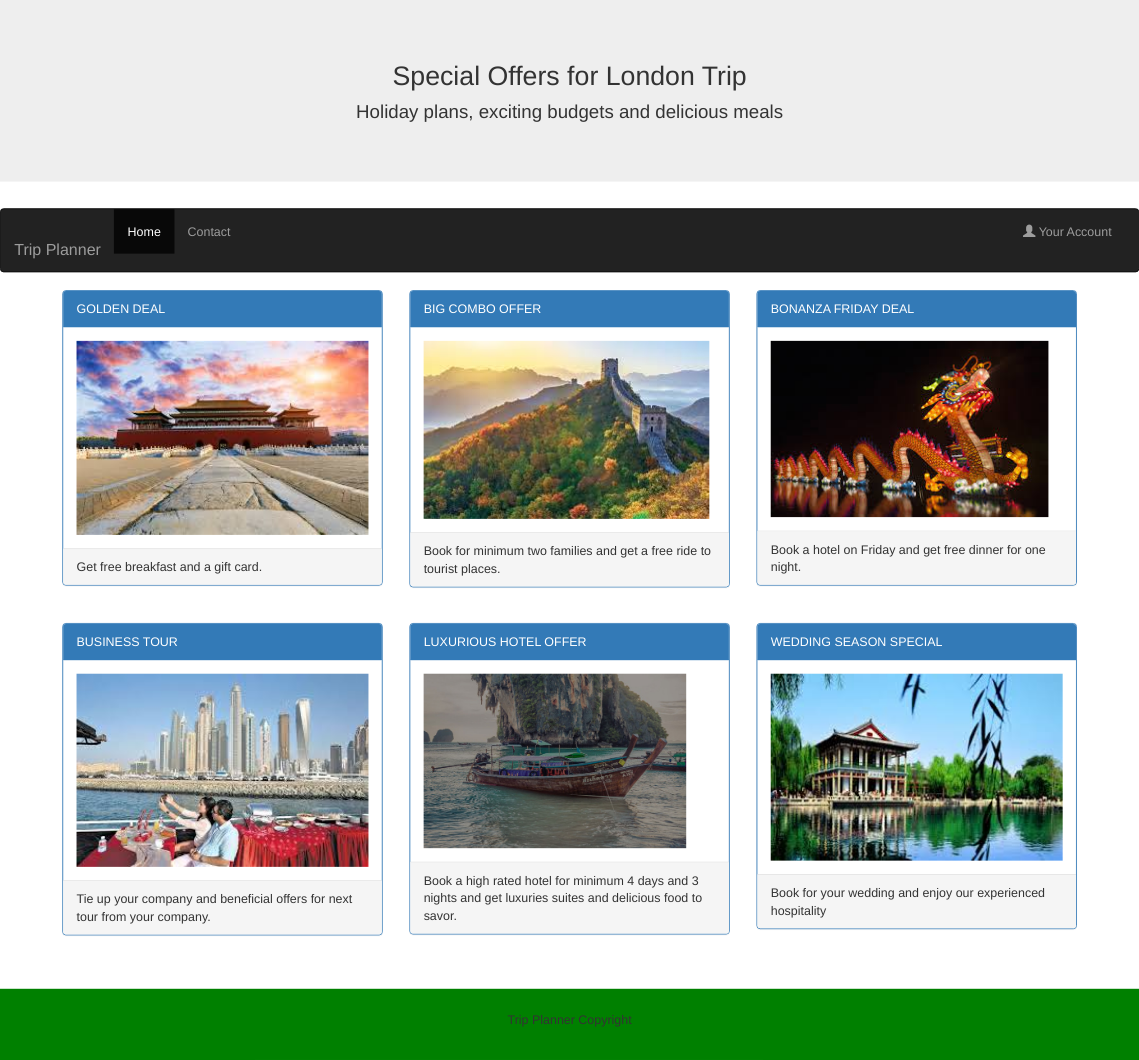
Repository: NanSin21/Mytourism-Website
Page: http://localhost/toursandtravelsmanagement/TripPlaces/CustomerChina.jsp
The author's editor kept a copy of each file at every save. The page is drawn from the files as they stood at one save, then again after the next save.
The browser window is 1280 px wide. The pictures show the whole page, at 89% of full size.
The page is served by Tomcat 9. Other server files are loaded and not shown.

Above is the page before, as saved 2018-07-25 07:10:46.

### toursandtravelsmanagement/WebContent/TripPlaces/CustomerChina.jsp
<%@ page language="java" contentType="text/html; charset=ISO-8859-1"
    pageEncoding="ISO-8859-1"%>
<!DOCTYPE html PUBLIC "-//W3C//DTD HTML 4.01 Transitional//EN" "http://www.w3.org/TR/html4/loose.dtd">
<html>
<head>
<meta http-equiv="Content-Type" content="text/html; charset=ISO-8859-1">
<title>China Trip Package</title>
<!-- <meta charset="utf-8"> -->
  <meta name="viewport" content="width=device-width, initial-scale=1">
  <link rel="stylesheet" href="https://maxcdn.bootstrapcdn.com/bootstrap/3.3.7/css/bootstrap.min.css">
  <script src="https://ajax.googleapis.com/ajax/libs/jquery/3.3.1/jquery.min.js"></script>
  <script src="https://maxcdn.bootstrapcdn.com/bootstrap/3.3.7/js/bootstrap.min.js"></script>
  <style>
  .navbar{
  margin-nottom= 50px;
  border-radius= 0;
  }
  .jumbotron{
   margin-bottom= 0;
   }
   footer{
   background: green;
   padding: 25px;
   }
   </style>
</head>
<body>

<div class="jumbotron">
  <div class="container text-center">
   <h2>Special Offers for London Trip</h2>
     <p>Holiday plans, exciting budgets and delicious meals</p>
  </div>
</div>

<nav class="navbar navbar-inverse">
  <div class="container-fluid">
      <div class="navbar-header">
        <button type="button" class="navbar-toggle" data-toggle="collapse" data-target="#myNavbar">
        <span class="icon-bar"></span>
        <span class="icon-bar"></span>
        <span class="icon-bar"></span>
        </button>
        <h1><a class="navbar-brand" href="CustomerHome.jsp">Trip Planner</a></h1>
      </div>
      <div class="collapse navbar-collapse" id="myNavbar">
      <ul class="nav navbar-nav">
        <li class="active"><a href="TripPlaces/CustomerLondon.jsp">Home</a></li>
       <!--  <li><a href="registration.jsp">Register</a></li>
        <li><a href="login.jsp">Login</a></li> -->
        <li><a href="contact.jsp">Contact</a></li>
      </ul>
      <ul class="nav navbar-nav navbar-right">
        <li><a href="profile.jsp"><span class="glyphicon glyphicon-user"></span> Your Account</a></li>
       <!--  <li><a href="budget.html">Budget Details</a></li> -->
      <!--   <li><a href="#"><span class="glyphicon glyphicon-shopping-cart"></span> Cart</a></li> -->
      </ul>
    </div>
  </div>
</nav>


   <div class="container">
  <div class="row">
    <div class="col-sm-4">
      <div class="panel panel-primary">
        <div class="panel-heading">GOLDEN DEAL</div>
        <div class="panel-body"><img src="images/download.jpeg" class="img-responsive" style="width:100%" alt="Image"></div>
        <div class="panel-footer">Get free breakfast and a gift card.</div>
      </div>
    </div>
    <div class="col-sm-4">
      <div class="panel panel-primary">
        <div class="panel-heading">BIG COMBO OFFER</div>
        <div class="panel-body"><img src="images/download (1).jpeg" class="img-responsive" style="width:98%" alt="Image"></div>
        <div class="panel-footer">Book for minimum two families and get a free ride to tourist places.</div>
      </div>
    </div>
    <div class="col-sm-4">
      <div class="panel panel-primary">
        <div class="panel-heading">BONANZA FRIDAY DEAL</div>
        <div class="panel-body"><img src="images/download (2).jpeg" class="img-responsive" style="width:95%" alt="Image"></div>
        <div class="panel-footer">Book a hotel on Friday and get free dinner for one night.</div>
      </div>
    </div>
  </div>
</div><br>

<div class="container">
  <div class="row">
    <div class="col-sm-4">
      <div class="panel panel-primary">
        <div class="panel-heading">BUSINESS TOUR</div>
        <div class="panel-body"><img src="images/restaurant.jpeg" class="img-responsive" style="width:100%" alt="Image"></div>
        <div class="panel-footer">Tie up your company and beneficial offers for next tour from your company.</div>
      </div>
    </div>
    <div class="col-sm-4">
      <div class="panel panel-primary">
        <div class="panel-heading">LUXURIOUS HOTEL OFFER</div>
        <div class="panel-body"><img src="images/2.jpg" class="img-responsive" style="width:90%" alt="Image"></div>
        <div class="panel-footer">Book a high rated hotel for minimum 4 days and 3 nights and get luxuries suites and delicious food to savor.</div>
      </div>
    </div>
    <div class="col-sm-4">
      <div class="panel panel-primary">
        <div class="panel-heading">WEDDING SEASON SPECIAL</div>
        <div class="panel-body"><img src="images/resort.jpeg" class="img-responsive" style="width:100%" alt="Image"></div>
        <div class="panel-footer">Book for your wedding and enjoy our experienced hospitality</div>
      </div>
    </div>
  </div>
</div><br><br>

<footer class="container-fluid text-center">
  <p>Trip Planner Copyright</p>
 <!--  <form action="LoginServlet" method="post" class="form-inline">Get deals:
    <input type="email" class="form-control" size="50" name="email" placeholder="Email Address">
     <input type="password" placeholder="Enter Password" name="password" required>
    <button type="submit" class="btn btn-danger">Sign Up</button>
  </form> -->
</footer>
</body>
</html>

After the next save:
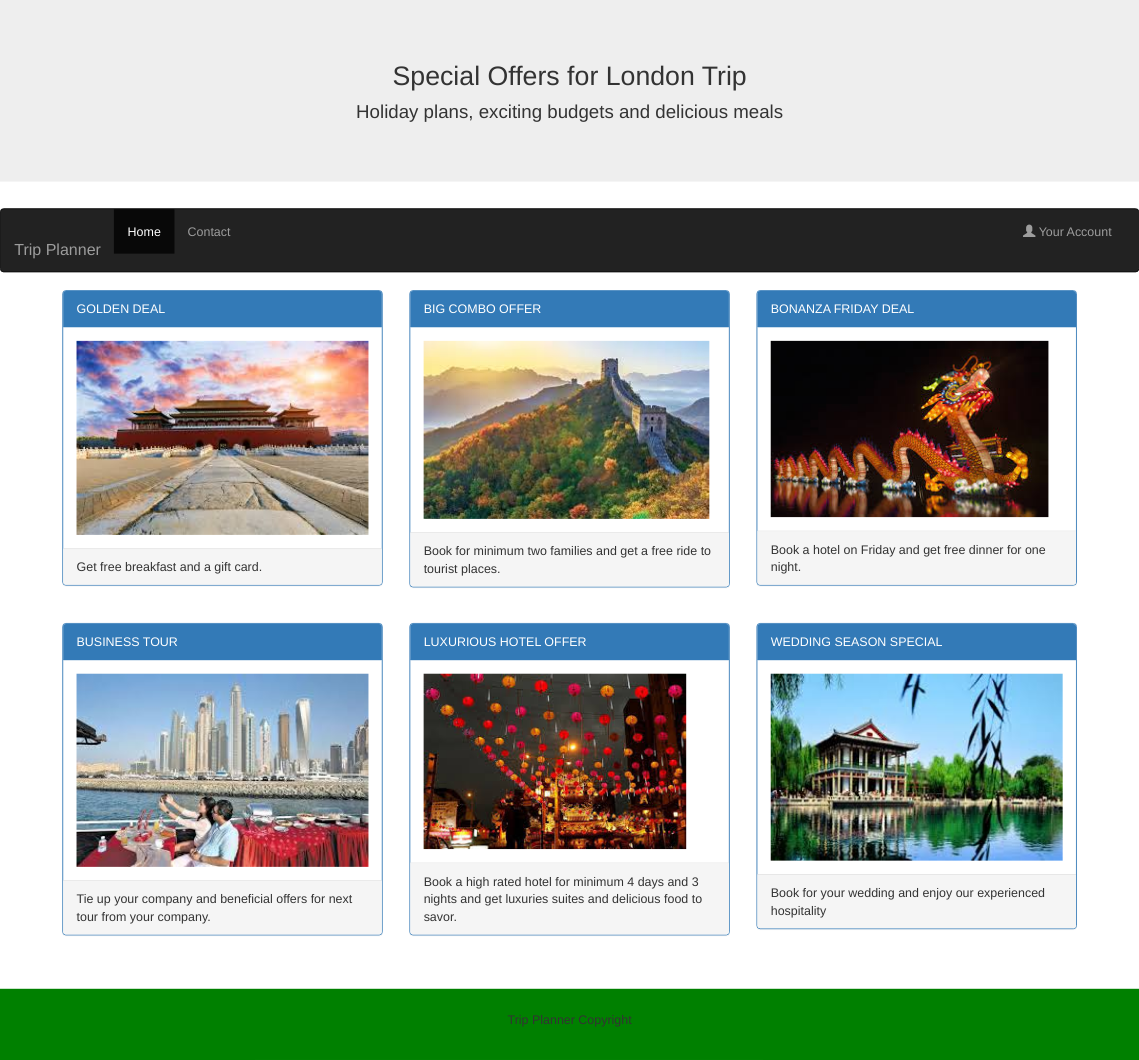
Saved 90 s later.
--- a/toursandtravelsmanagement/WebContent/TripPlaces/CustomerChina.jsp
+++ b/toursandtravelsmanagement/WebContent/TripPlaces/CustomerChina.jsp
@@ -98,7 +98,7 @@
     <div class="col-sm-4">
       <div class="panel panel-primary">
         <div class="panel-heading">LUXURIOUS HOTEL OFFER</div>
-        <div class="panel-body"><img src="images/2.jpg" class="img-responsive" style="width:90%" alt="Image"></div>
+        <div class="panel-body"><img src="images/festival.jpeg" class="img-responsive" style="width:90%" alt="Image"></div>
         <div class="panel-footer">Book a high rated hotel for minimum 4 days and 3 nights and get luxuries suites and delicious food to savor.</div>
       </div>
     </div>
